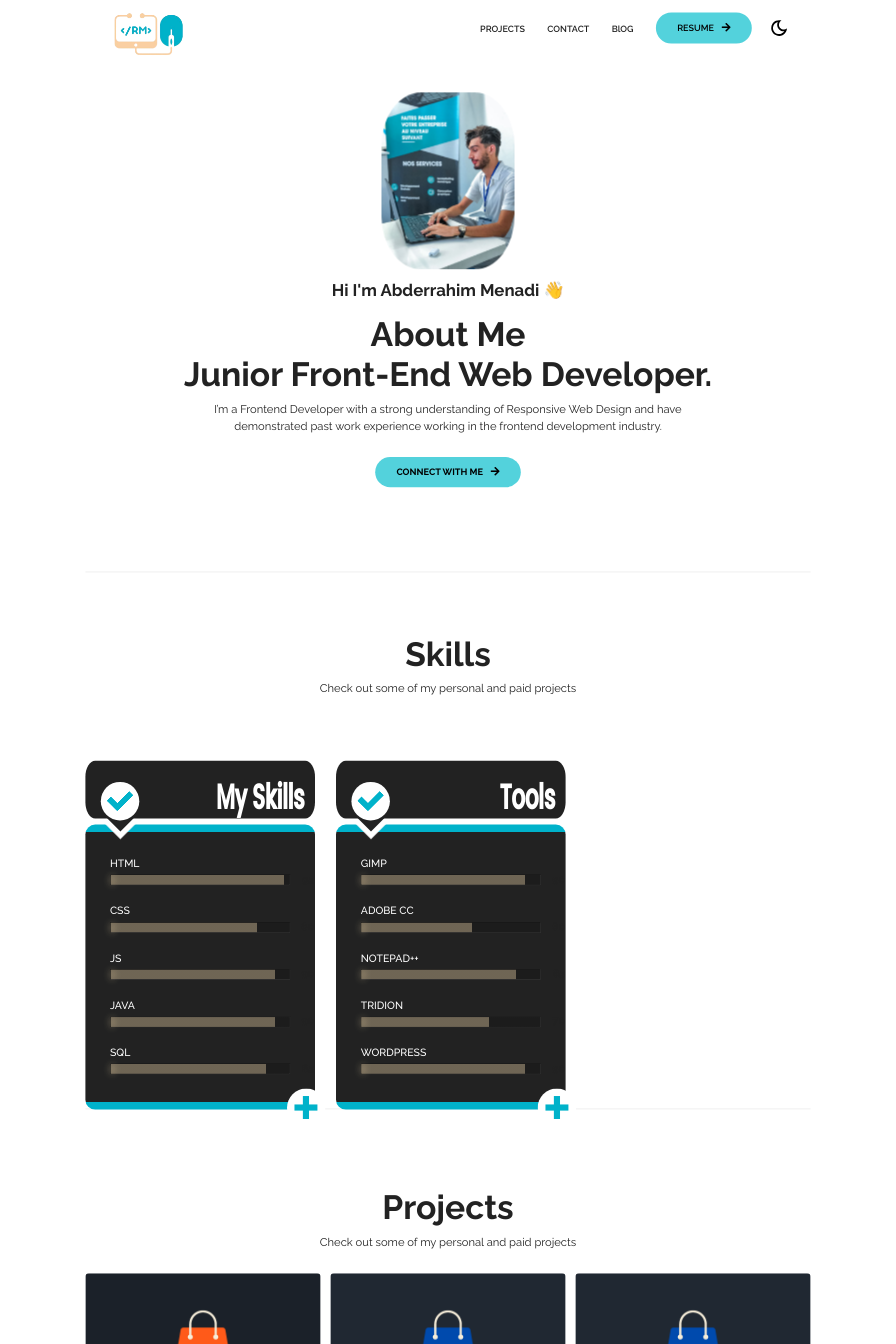
Repository: rahimmenadi/My-Website
Page: index.html
An editor plug-in stored every save of this project. The page is shown before and after the next save, followed by the edit.
The browser window is 1280 px wide. The pictures show the part of the page from y = 0 to 1920 px (the page is 2750 px tall), at 70% of full size.

Above is the page before, as saved 2023-06-22 02:38:12.

### index.html
<!DOCTYPE html>
<html lang="en">
  <head>
    <meta charset="UTF-8" />
    <meta http-equiv="X-UA-Compatible" content="IE=edge" />
    <meta name="viewport" content="width=device-width, initial-scale=1.0" />
    <title>Abderrahim website</title>
    <!-- Primary Meta Tags -->


    <!-- Open Graph / Facebook -->

    <!-- Twitter -->


    <!-- Link -->
    <link
      rel="apple-touch-icon"
      sizes="180x180"

    />
    <link
      rel="icon"

    />
    <link
      rel="icon"
    />
    <link
      rel="icon"

    />
    <link
      rel="icon"
      type="image/png"
      sizes="512x512"

    />
    <link rel="icon" type="image/x-icon" style="width: 10px;" href="assets/favicon/favicon.ico" />
    <link rel="manifest" href="assets/favicon/site.webmanifest" />
    <link
      rel="stylesheet"
      href="https://use.fontawesome.com/releases/v5.15.4/css/all.css"
      integrity="sha384-DyZ88mC6Up2uqS4h/KRgHuoeGwBcD4Ng9SiP4dIRy0EXTlnuz47vAwmeGwVChigm"
      crossorigin="anonymous"
    />
    <link rel="stylesheet" href="css/style.css" />
    <link rel="stylesheet" href="css/utilities.css" />
    <link rel="stylesheet" href="css/skills.css">
  </head>
  <body>
    <header id="hero">
      <!-- Navbar -->
      <nav class="navbar">
        <div class="container">
          <!-- Logo -->
          <h1 id="logo">
            <a href="index.html"
              ><img src="./assets/my-logo.png" alt="Your Logo"
            /></a>
          </h1>
          <!-- Navbar links -->
          <ul class="nav-menu">
            <li><a class="nav-link" href="#projects">PROJECTS</a></li>
            <li><a class="nav-link" href="#">CONTACT</a></li>
            <li><a class="nav-link" href="#">BlOG</a></li>
            <li>
              <a
                class="nav-link btn btn-primary"
                href="https://drive.google.com/file/d/1Vr3cuGUzEaZS90SvZUjXhywFSRYMYiCT/view?usp=drive_link"
                >RESUME <i class="fas fa-arrow-right"></i
              ></a>
            </li>

            <!-- Toggle switch -->
            <div class="theme-switch">
              <input type="checkbox" id="switch" />
              <label class="toggle-icons" for="switch">
                <img class="moon" src="assets/moon.svg" />
                <img class="sun" src="assets/sun.svg" />
              </label>
            </div>
            <!-- Hamburger menu -->
          </ul>
          <div class="hamburger">
            <span class="bar"></span>
            <span class="bar"></span>
            <span class="bar"></span>
          </div>
        </div>
      </nav>

      <section class="header-container">
        <img
          class="profile-image"
          src="assets/profile.jpg"
          alt=""
        />
        <h1>Hi I'm Abderrahim Menadi <span class="wave">👋</span></h1>

        <div class="content-text">
          <h2>About Me</h2>
          <h2>Junior Front-End Web Developer.</h2>

          <p>
            I’m a Frontend Developer with a strong understanding of Responsive Web Design
             and have demonstrated past work experience working in the frontend development industry.
          </p>
        </div>
        <a
                class="nav-link btn btn-primary"
                href="https://linktr.ee/abderrahimmeandi"
                >Connect With Me <i class="fas fa-arrow-right"></i
              ></a>





      </section>
    </header>
    <section id="projectsskills" class="project-container container">
      <div class="division"></div>
      <div class="content-text">
        <h2>Skills</h2>
        <p>Check out some of my personal and paid projects</p>
      </div>
 <article class="project">

        <!-- Project 1 -->
        <div class="content">
          <div class="profile-skills">
            <div>
              <input type="checkbox" id="sk1">
              <label for="sk1"></label>
              <ul class="skills skills1">
                <li class="sk-cms"><span>HTML</span></li>
                <li class="sk-dtb"><span>CSS</span></li>
                <li class="sk-dis"><span>JS</span></li>
                <li class="sk-pro"><span>Java</span></li>
                <li class="sk-ani"><span>SQL</span></li>
                <li class="more">
                  <input type="checkbox" id="more-con"><label for="more-con"></label>
                  <div><span>PHOTO</span><span>API</span><span>MAPS</span><span>VIDEO</span><span>CHARTS</span><span>RWD</span></div>
                </li>
              </ul>
            </div>
            <div>
            <input type="checkbox" id="sk2">
            <label for="sk2"></label>
            <ul class="skills skills2">
              <li class="sk-gim"><span>Gimp</span></li>
              <li class="sk-ado"><span>Adobe&nbsp;CC</span></li>
              <li class="sk-not"><span>Notepad++</span></li>
              <li class="sk-tri"><span>Tridion</span></li>
              <li class="sk-wor"><span>Wordpress</span></li>
              <li class="more">
                <input type="checkbox" id="more-pro"><label for="more-pro"></label>
                <div><span>JOOMLA</span><span>DRUPAL</span><span>JIRA</span><span>TRELLO</span><span>FILEZILLA</span><span>GIT</span></div>
              </li>
            </ul>
            </div>

        </div>
      </article>


    </section>

    <!-- Projects -->
    <section id="projects" class="project-container container">
      <div class="division"></div>
      <div class="content-text">
        <h2>Projects</h2>
        <p>Check out some of my personal and paid projects</p>
      </div>

      <article class="project">
        <!-- Project 1 -->
        <div href="" class="card">
          <div class="project-info">
            <div class="project-bio">
              <h3>Buy-it</h3>
              <p>HTML, CSS, SASS, JS, Node-JS</p>
            </div>

            <div class="project-link">
              <a href="https://github.com/rahimmenadi/projectx" target="_blank"><i class="fab fa-github"></i></a>
              <a href="#" target="_blank"><i class="fas fa-globe"></i></a>
            </div>
          </div>
        </div>

        <!-- Project 2 -->
        <div href="" class="card">
          <div class="project-info">
            <div class="project-bio">
              <h3>Buy-it Seller Side</h3>
              <p>HTML, CSS, SASS, JS, Node-JS</p>
            </div>

            <div class="project-link">
              <a href="https://github.com/rahimmenadi/projectx" target="_blank"><i class="fab fa-github"></i></a>
              <a href="#" target="_blank"><i class="fas fa-globe"></i></a>
            </div>
          </div>
        </div>

        <!-- Porject 3 -->
        <div href="" class="card">
          <div class="project-info">
            <div class="project-bio">
              <h3>Buy-it Admin Side</h3>
              <p>HTML, CSS, SASS, JS, Node-JS</p>
            </div>

            <div class="project-link">
              <a href="https://github.com/rahimmenadi/projectx" target="_blank"><i class="fab fa-github"></i></a>
              <a href="#" target="_blank"><i class="fas fa-globe"></i></a>
            </div>
          </div>
        </div>

        <!-- Project 4 -->
        <div href="" class="card">
          <div class="project-info">
            <div class="project-bio">
              <h3>Tiki</h3>
              <p>Java,  Firebase</p>
            </div>

            <div class="project-link">
              <a href="https://github.com/rahimmenadi/Tiki" target="_blank"><i class="fab fa-github"></i></a>
              <a href="https://mega.nz/file/mu5gybiB#gw8IHSz2v9bFG0ZwwQFL_AMZv8WIdCRUhiW0hA_XVq8" target="_blank"><i class="fas fa-globe"></i></a>
            </div>
          </div>
        </div>

        <!-- Project 5 -->
        <div href="" class="card">
          <div class="project-info">
            <div class="project-bio">
              <h3>Tiki Admin</h3>
              <p>Java,  Firebase</p>
            </div>

            <div class="project-link">
              <a href="https://github.com/rahimmenadi/Tiki" target="_blank"><i class="fab fa-github"></i></a>
              <a href="https://mega.nz/file/K7xAAYyK#4BQzPwOJpC8L00cKX2bVBURrUfcqUJ3T-dvLVdOQe9E" target="_blank"><i class="fas fa-globe"></i></a>
            </div>
          </div>
        </div>

        <!-- Project 6 -->
        <div href="" class="card">
          <div class="project-info">
            <div class="project-bio">
              <h3>E-sbitar</h3>
              <p>JavaFX, CSS, SQL</p>
            </div>

            <div class="project-link">
              <a href="https://github.com/rahimmenadi/E-SBITAR" target="_blank"><i class="fab fa-github"></i></a>
              <a href="https://drive.google.com/drive/folders/1nvo8g8NKInz3Hvw1Pheuo8E3XhV_Ej0T?usp=drive_link" target="_blank"><i class="fas fa-globe"></i></a>
            </div>
          </div>
        </div>
      </article>

      <a href="https://github.com/rahimmenadi" class="btn btn-secondary"
        target="_blank" >See More <i class="fas fa-arrow-right"></i
      ></a>
    </section>

    <footer id="footer">
      <div class="container">
        <a href="mailto:a.menadi@esi-sba.dz">a.menadi@esi-sba.dz</a>
        <!-- Social links -->
        <div class="social">

          <a href="https://www.linkedin.com/in/abderrahim-menadi/" target="_blank"
            ><img src="./assets/linkedin-icon.svg" alt="Linkedin"
          /></a>
          <a href="https://github.com/rahimmenadi" target="_blank"><img src="./assets/github-icon.svg" alt="GitHub" /></a>

        </div>
        <!-- Attribution -->
        <div class="attribution">

            <img
              src="/assets/my-logo.png"
              alt="attribution"
              width="80px"

            />

        </div>
        <p>Copyright &copy; Abderrahim-Menadi <span id="datee"></span>, All rights reserved</p>
      </div>
    </footer>
    <script src="js/script.js"></script>
  </body>
</html>

### css/skills.css
/*** IN PROGRESS ***/

@import url("https://fonts.googleapis.com/css2?family=Roboto:wght@300;400;500&display=swap");
@import url('https://fonts.googleapis.com/css2?family=Poppins:ital,wght@0,500;1,200;1,300&display=swap');
:root {
	--c1: #00B2CA;
	--b2: #222;
	--b3: #FFE3B3;
	--w1: #fff;
	--w2: #fff;
	--t1: all 0.5s ease 0s;
}



.content {
	box-sizing: border-box;
position: relative;
align-items: center;
}

.content :before,
.content :after {
	box-sizing: border-box;
	content: "";
}

.content {
	width: 80vw;
	height: 56vh;
	background: #fff0;
    position: relative;
align-items: center;
}

.profile-skills {
	display: flex;
	top: 150px;
	position: relative;
	width: 100%;
	align-items: flex-start;
}

.profile-skills > div {
	width: 32%;
	margin-right: 3%;
	border-radius: 2px;
	position: relative;
}

ul.skills {
	width: 100%;
	position: relative;
	padding: 25px 35px;
	background: linear-gradient(0deg, var(--c1) 0 10px,	var(--b2) 0 calc(100% - 10px), var(--c1) 0 100%);
    border-radius: 14px;
}

ul.skills2 {
	--c1: #00B2CA;
}

ul.skills3 {
	--c1: #00B2CA;
}

ul.skills:before {
	content: "My Skills";

	position: absolute;
	top: -75px;
	height: 50px;
	color: var(--w1);
	background-color: var(--b2);
	width: 100%;
	left: 0;
	padding: 15px 15px 0 0;
	text-align: end;
	font-weight: 600;
    font-family:Poppins ;
	z-index: 1;
	transition: var(--t1);
	font-size: 30px;
	line-height: 35px;
	transform: scaleY(1.65);
    border-radius: 14px;
}

ul.skills2:before {
	content: "Tools";
}

ul.skills3:before {
	content: "Codes";
}

ul.skills:after {
	content: "";
	position: absolute;
	border: 40px solid #fff0;
	border-top-color: var(--b2);
	top: -30px;
	left: 10px;
	z-index: 0;
	transition: var(--t1);
	filter: drop-shadow(0 11px 0.1px var(--w1));
}

ul.skills:hover:before,
label:hover + ul.skills:before,
input:checked + label + ul.skills:before {
	transition: var(--t1);
	background-color: #00B2CA;
	background-position: 0 50%;
}
ul.skills:hover:after,
label:hover + ul.skills:after,
input:checked + label + ul.skills:after {
	top: -20px;
	transition: var(--t1);
	border-top-color: #00B2CA;
}

ul.skills2:hover:before,
label:hover + ul.skills2:before,
input:checked + label + ul.skills2:before {
	background-color: #00B2CA;
}
ul.skills2:hover:after,
label:hover + ul.skills2:after,
input:checked + label + ul.skills2:after {
border-top-color:#00B2CA    ;
}

ul.skills3:hover:before,
label:hover + ul.skills3:before,
input:checked + label + ul.skills3:before {
	background-color: #00B2CA;
}
ul.skills3:hover:after,
label:hover + ul.skills3:after,
input:checked + label + ul.skills3:after {
	border-top-color: #00B2CA;
}

ul.skills li {
	--per: 50;
	--dur: calc(calc(var(--per) / 100) * 1.5s);
	margin: 0 0 5px 0;
	list-style: none;
	padding: 20px 0;
	position: relative;
	text-transform: uppercase;
	font-size: 15px;
	color: var(--w2);
}

ul.skills li:before {
	content: "";
	position: absolute;
	background: #1c1c1c;
	height: 16px;
	width: 100%;
	left: 0;
	bottom: 0;
	border-radius: 2px;
	border: 1px solid #111;
	border-color: #111 #323232 #323232 #111;
	--track: #ffe3b359;
	background: linear-gradient(
		90deg,
		var(--track) calc(calc(var(--per) * 1%) + 4px),
		#1c1c1c calc(calc(var(--per) * 1%) + 4px)
	);
}

ul.skills2 li:before {
	--track: #ffe3b359;
}

ul.skills3 li:before {
	--track: #ffe3b359;
}

ul.skills li:after {
	content: "";
	height: 11px;
	margin: 0 0 2px 0;
	background: #FFE3B3;
	position: absolute;
	box-shadow: 0px 0px 10px 1px #FFE3B3;
	left: 3px;
	width: 0%;
	bottom: 0;
	transition: all var(--dur) ease 0s;
	animation: start 1s ease 0s 2 alternate;
}

ul.skills2 li:after {
	background: #FFE3B3;
	box-shadow: 0px 0px 10px 1px #FFE3B3;
}

ul.skills3 li:after {
	background: #FFE3B3;
	box-shadow: 0px 0px 10px 1px #FFE3B3;
}

ul.skills li:hover {
	filter: brightness(1.5);
	transition: var(--t1);
}

ul.skills:hover li:after,
label:hover + ul.skills li:after,
input:checked + label + ul.skills li:after {
	width: calc(calc(var(--per) * 1%) - 2px);
}

@keyframes start {
	100% {
		width: calc(calc(var(--per) * 1%) - 2px);
	}
}

ul.skills2 li:after {
	animation-delay: 0.5s;
}
ul.skills3 li:after {
	animation-delay: 1s;
}

ul.skills li span {
	font-weight: 500;
}

ul.skills li span:before {
	position: absolute;
	right: -25px;
	top: 43px;
	transition: var(--t1);
	content: "";
	opacity: 1;
	border: 7px solid #fff0;
}

ul.skills li:hover span:before,
.profile-skills input:checked + label + ul.skills li span:before {
	transition: var(--t1);
	right: calc(calc(calc(100 - var(--per)) * 1%) - 12px);
	opacity: 1;
	border-right-color: #00B2CA;
}

ul.skills2 li:hover span:before,
.profile-skills input:checked + label + ul.skills2 li span:before {
	border-right-color: #00B2CA;
}

ul.skills3 li:hover span:before,
.profile-skills input:checked + label + ul.skills3 li span:before {
	border-right-color: #00B2CA;
}

ul.skills li span:after {
	position: absolute;
	right: -40px;
	top: 38px;
	transition: var(--t1);
	counter-reset: percent var(--per);
	/*content: counter(percent) "%";*/
	content: counter(percent);
	color: var(--b2);
	opacity: 1 !important;
	padding: 4px 6px;
	border-radius: 1px;
	font-weight: bold;
	pointer-events: none;
}

ul.skills li:hover span:after,
.profile-skills input:checked + label + ul.skills li span:after {
	transition: var(--t1);
	right: calc(calc(85 - var(--per)) * 1%);
	right: calc(calc(calc(100 - var(--per)) * 1%) - 40px);
	opacity: 1;
	background: var(--c1);
}

ul.skills2 li:hover span:after {
	background: #00B2CA;
}

ul.skills3 li:hover span:after {
	background: #00B2CA;
}

/*********************/
/*** SKILLS VALUES ***/
/*********************/

ul.skills li.sk-ani { --per: 85; }
ul.skills li.sk-cms { --per: 95; }
ul.skills li.sk-dis { --per: 90; }
ul.skills li.sk-dtb { --per: 80; }
ul.skills li.sk-pro { --per:90; }


ul.skills li.sk-gim { --per: 90; }
ul.skills li.sk-ado { --per: 60; }
ul.skills li.sk-not { --per: 85; }
ul.skills li.sk-tri { --per: 70; }
ul.skills li.sk-wor { --per: 90; }
ul.skills li.sk-tre { --per: 65; }

ul.skills li.sk-css { --per: 95; }
ul.skills li.sk-htm { --per: 90; }
ul.skills li.sk-jav { --per: 70; }
ul.skills li.sk-php { --per: 80; }
ul.skills li.sk-sql { --per: 65; }
ul.skills li.sk-pug { --per: 40; }

/*********************/
/***** TOP LABELS ****/
/*********************/

.profile-skills input {
	display: none;
}

.profile-skills label {
	background: var(--w1);
	position: absolute;
	top: -61px;
	left: 22px;
	z-index: 2;
	width: 55px;
	height: 55px;
	border-radius: 100%;
	cursor: pointer;
	transition: var(--t1);
	box-shadow: 0 0 0 0 var(--w1);
}

.profile-skills label:before {
	content: "";
	background: #fff0;
	position: absolute;
	top: 12px;
	left: 11px;
	z-index: 2;
	border: 9px solid var(--b2);
	border-top-width: 0;
	border-right-width: 0;
	transform: rotate(-45deg);
	width: 33px;
	height: 22px;
	border-radius: 2px;
	transition: var(--t1);
}

.profile-skills label:hover {
	box-shadow: 0 0 0 3px var(--w1);
	transition: var(--t1);
}

.profile-skills label:hover:before {
	border-color: var(--b2);
	transition: var(--t1);
}

.profile-skills input:checked + label {
	box-shadow: 0 0 0 6px var(--w1);
	transition: var(--t1);
}

.profile-skills input:checked + label:before {
	border-color: #00B2CA;
}

.profile-skills input#sk2:checked + label:before {
	border-color: #00B2CA;
}

.profile-skills input#sk3:checked + label:before {
	border-color: #00B2CA;
}

label[for="sk1"] {
	/*left: -10px;*/
}
label[for="sk2"] {
	/*left: calc(34% - 6px);*/
}


label[for="sk1"]:before {
	border-color: #00B2CA;
}
label[for="sk2"]:before {
	border-color: #00B2CA;
}
label[for="sk3"]:before {
	border-color: #00B2CA;
}

/*********************/
/*** BOTTOM LABELS ***/
/*********************/

ul.skills li.more {
	padding: 0;
	margin-bottom: 20px;
}

ul.skills li.more:before,
ul.skills li.more:after {
	display: none;
}

ul.skills li.more:hover {
	filter: none !important;
}

ul.skills li.more div {
	max-height: 0;
	transition: var(--t1);
	overflow: hidden;
	padding: 0;
	width: 100%;
}
ul.skills li.more input:checked ~ div {
	max-height: 150px;
	transition: var(--t1);
	padding: 20px 0 0;
}

ul.skills li.more div span:before,
ul.skills li.more div span:after {
	display: none;
}

ul.skills li.more label {
	background: linear-gradient(163deg, var(--b2) 50%, var(--w1) 50%);
	right: 0;
	left: inherit;
	top: inherit;
	bottom: -70px;
	color: var(--b2);
	background-size: 100% 300%;
	background-position-y: 100%;
	transition: var(--t1);
	width: 55px;
	height: 55px;
	right: -50px;
}

ul.skills li.more label:before {
	border: 0;
	height: 100%;
	width: 100%;
	transform: rotate(0deg);
	content: "+";
	content: "\271A";
	font-size: 45px;
	line-height: 55px;
	left: 0;
	top: 0;
	text-align: center;
	color: var(--c1);
}

ul.skills li.more label:hover {
	background-position-y: 0%;
	color: var(--w1) !important;
	transition: var(--t1);
	box-shadow: 0 0 0 10px var(--w1);
}

ul.skills li.more span {
	background: #1c1c1c;
	border-radius: 1px;
	margin: 10px 10px 1px 1px;
	padding: 4px 8px;
	display: inline-block;
	border: 1px solid #111;
	border-color: #111 #323232 #323232 #111;
}

ul.skills li.more span:hover {
	color: var(--w0);
	background: var(--c1);
	box-shadow: 0px 0px 5px 1px var(--c1);
	border-color: #fff2;
}

ul.skills li.more input:checked + label {
	box-shadow: 0 0 0 9px var(--w1);
	background-position-y: 0%;
	color: var(--w0);
	bottom: -70px;
}

ul.skills li.more input:checked + label:before {
	content: "\2759";
	transform: rotate(90deg);
	font-weight: 600;
}

ul.skills li.more input:checked + label:hover {
	box-shadow: 0 0 0 0 var(--w1);
	background-position-y: 100%;
	color: var(--b2) !important;
}

/*********************/
/*** MEDIA QUERIES ***/
/*********************/

@media only screen and (max-width: 1024px) {
	.content { height: 60vh; }
	.profile-skills {
		flex-direction: row;
    flex-wrap: wrap;
		top: 20px;
	}
	.profile-skills > div {
		width: 47% !important;
	}
	.profile-skills > div:nth-child(3) {
		width: 98% !important;
		margin-top: 120px;
	}
}



@media only screen and (max-width: 768px) {
	.content { height: 60vh; }
	.profile-skills {
		flex-direction:column;
    flex-wrap: wrap;
		top: 100px;
	}
	.profile-skills > div {
		width: 98% !important;
	}
	.profile-skills > div:nth-child(2),
	.profile-skills > div:nth-child(3) {
		margin-top: 120px;
	}
	ul.skills li:after {
		width: calc(calc(var(--per) * 1%) - 2px);
	}
	ul.skills li span:before {
		transition: var(--t1);
		right: calc(calc(96.5 - var(--per)) * 1%);
		opacity: 1;
		border-right-color: #00B2CA;
	}
	ul.skills2 li span:before {
		border-right-color: #00B2CA;
	}
	ul.skills3 li span:before {
		border-right-color: #00B2CA;
	}
	ul.skills li span:after {
		transition: var(--t1);
		right: calc(calc(calc(100 - var(--per)) * 1%) - 40px);
		opacity: 1;
		background: var(--c1);
	}
}

Loaded but not shown: js/script.js (67 lines, source omitted); css/style.css (371 lines, source omitted); css/utilities.css (182 lines, source omitted)

After the next save:
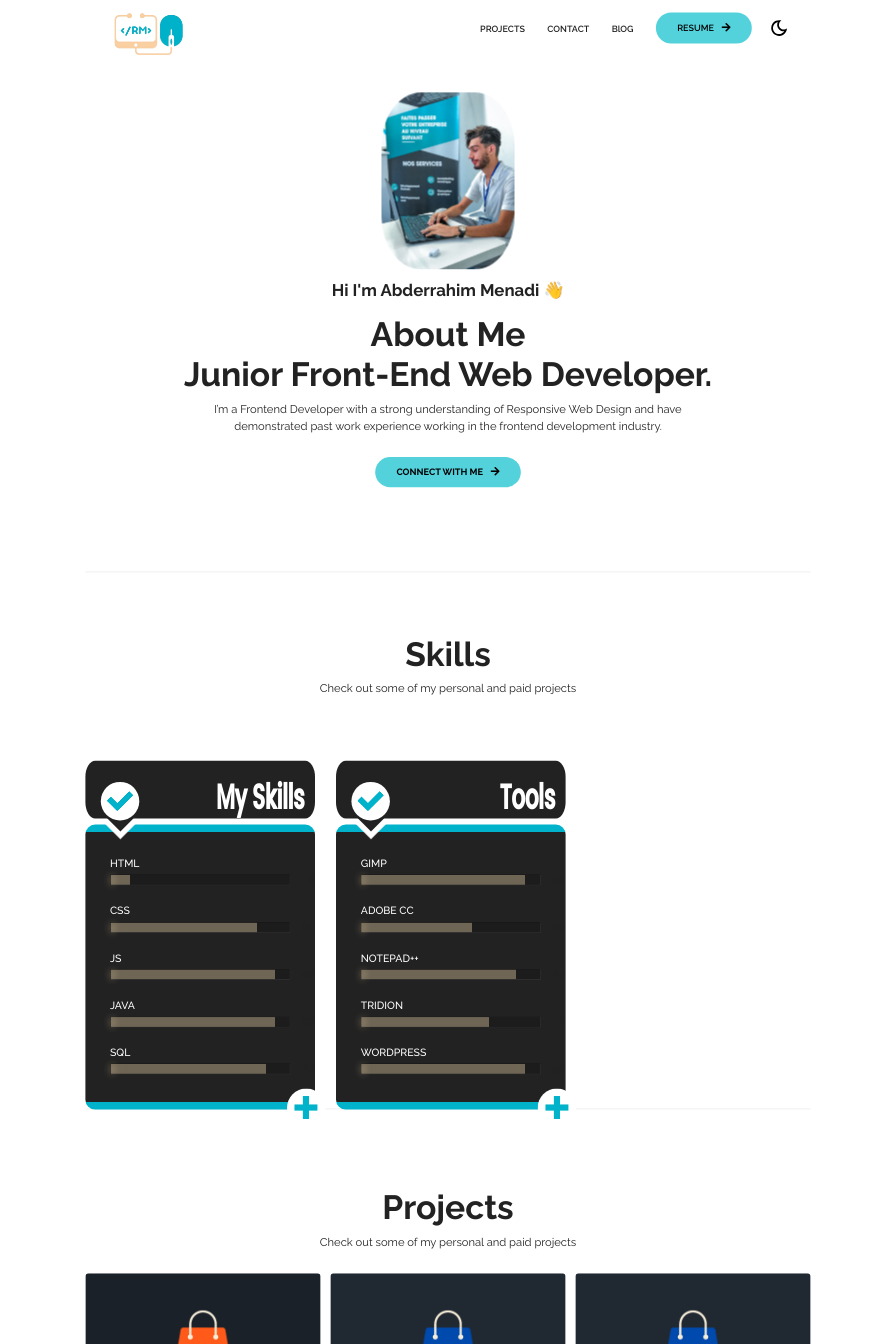
Saved 6 s later.
--- a/css/skills.css
+++ b/css/skills.css
@@ -300,7 +300,7 @@ ul.skills3 li:hover span:after {
 /*********************/
 
 ul.skills li.sk-ani { --per: 85; }
-ul.skills li.sk-cms { --per: 95; }
+ul.skills li.sk-cms { --per: 9; }
 ul.skills li.sk-dis { --per: 90; }
 ul.skills li.sk-dtb { --per: 80; }
 ul.skills li.sk-pro { --per:90; }
